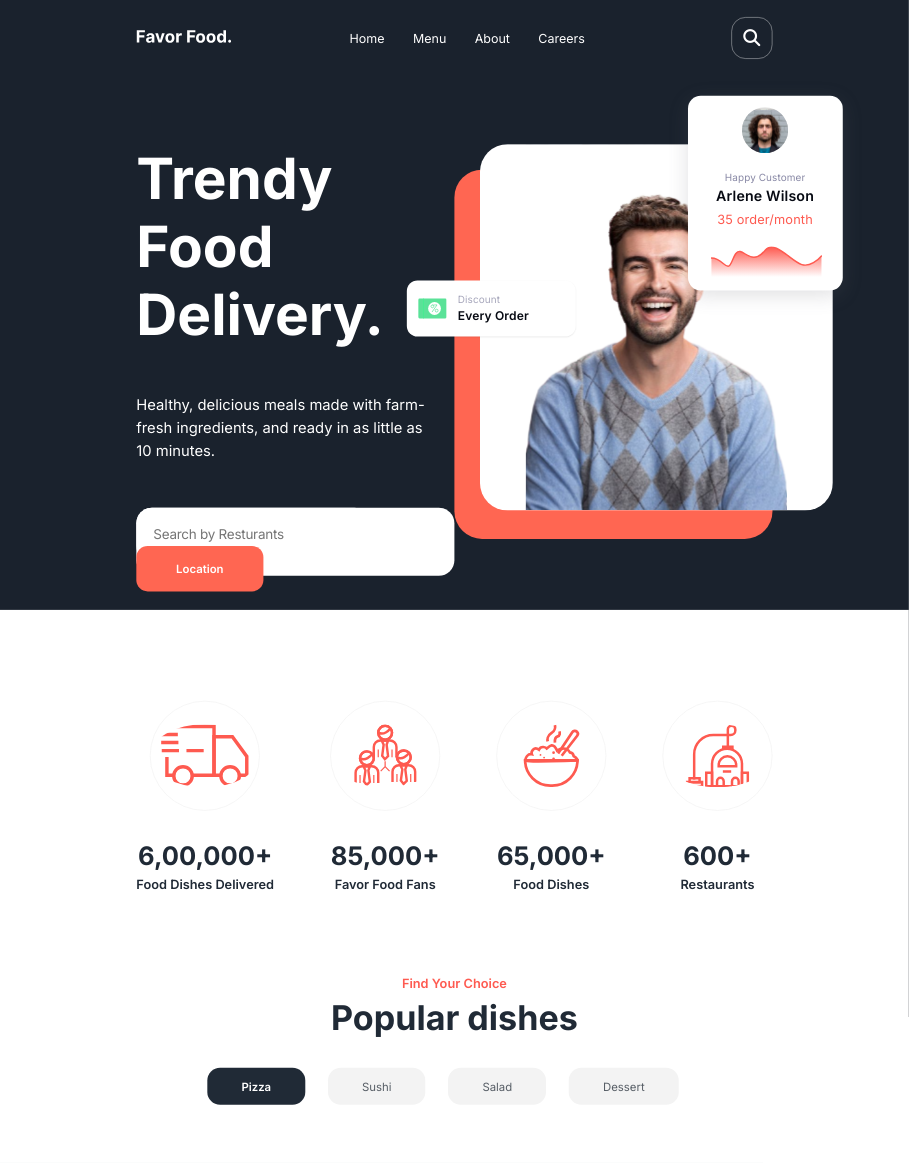
Repository: badhon252/favor-food
Page: index.html
These files come from the project's save history. The page is drawn as it stood at one moment and after the next save; the edit follows.
The browser window is 1280 px wide. The pictures show the whole page, at 71% of full size.
The style sheet was rebuilt from its Sass, Less or Tailwind sources for each picture, by a compiler version that may differ from the author's.

Above is the page before, as saved 2022-09-12 18:10:25.

After the next save:
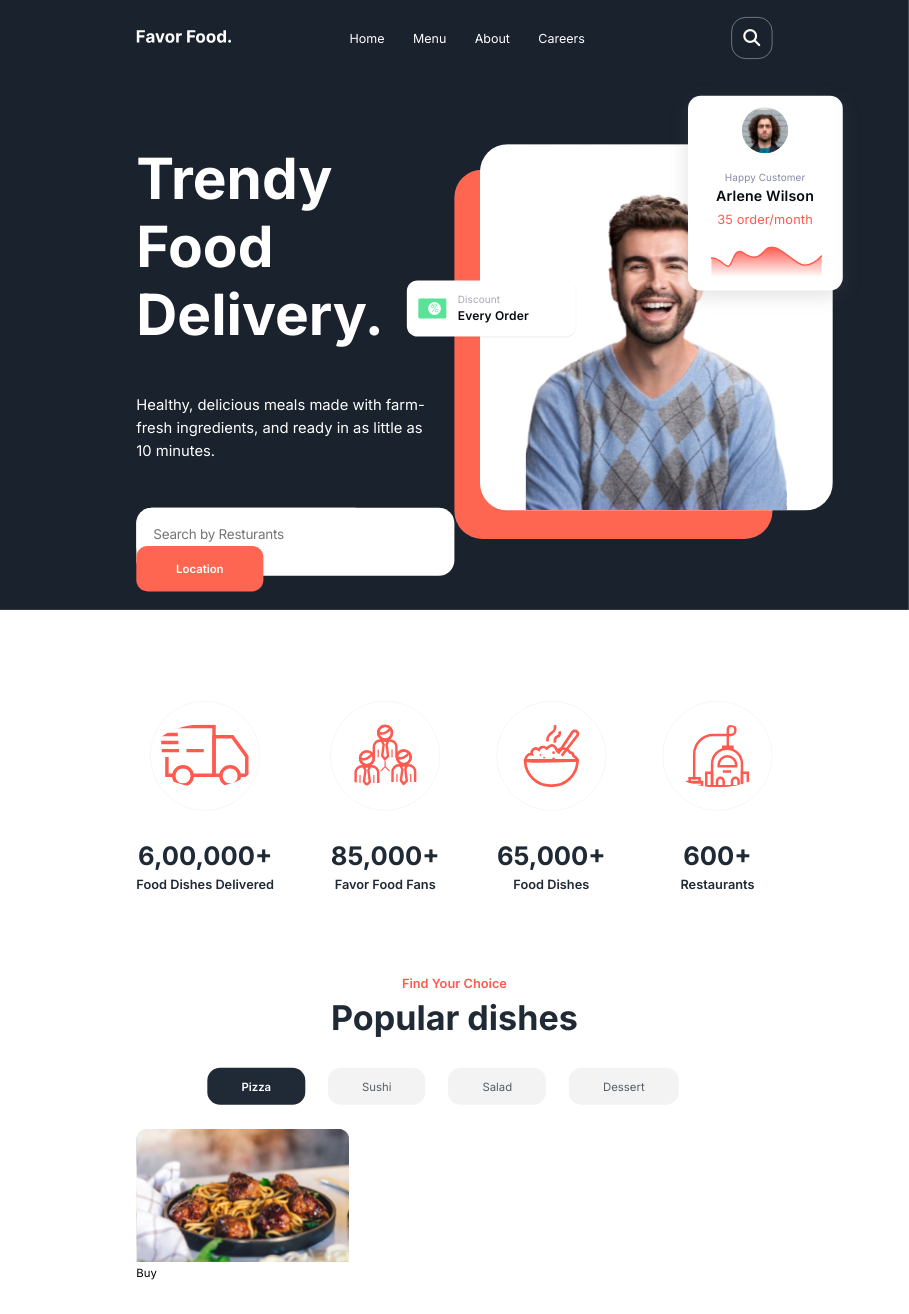
Saved 7 min 14 s later.
--- a/index.html
+++ b/index.html
@@ -110,6 +110,20 @@
                 <li><a href="" class="btn">Dessert</a></li>
             </ul>
         </nav>
+
+        <div class="food-items">
+            <div class="row">
+                <div class="col-md-4 card">
+                    <div class="card-header">
+                        <img src="./images/Rectangle 3.svg" alt="">
+                        <div class="card-tag">Buy</div>
+                    </div>
+                    <div class="card-body">
+
+                    </div>
+                </div>
+            </div>
+        </div>
     </section>
 </body>
 
